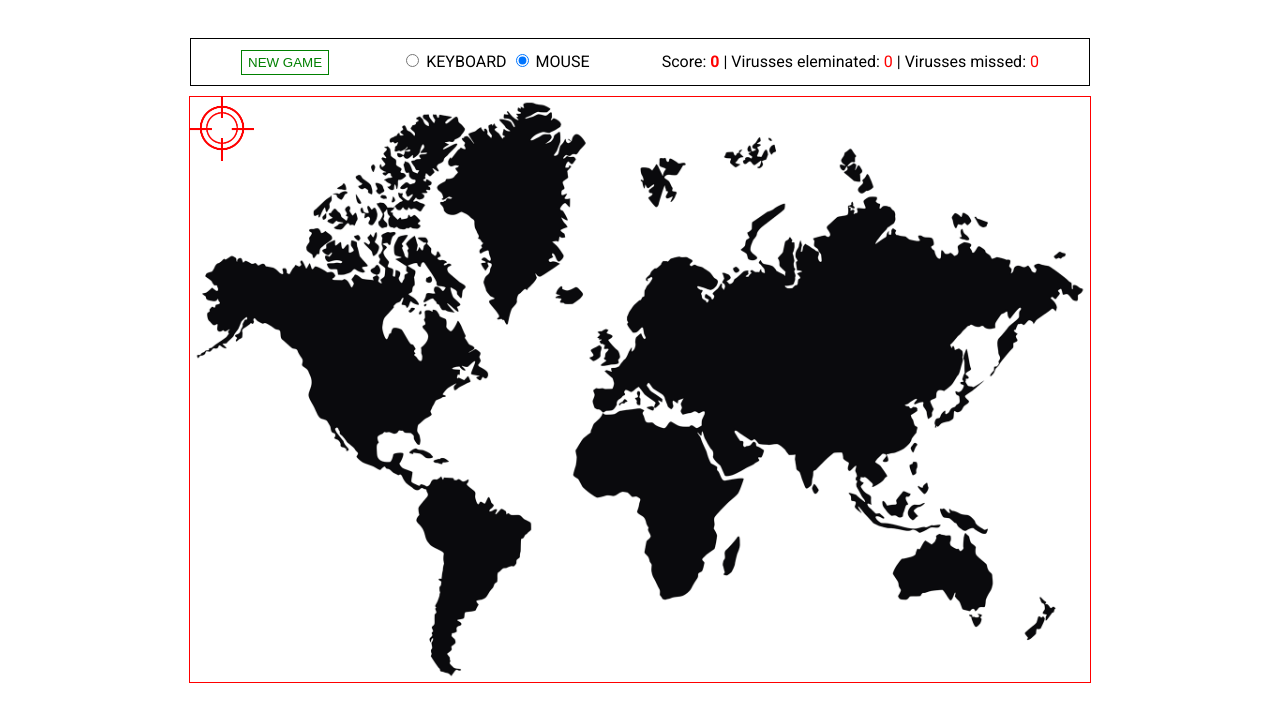
Repository: Baterka/DestroyTheVirus
Page: index.html
The author's editor kept a copy of each file at every save. The page is drawn from the files as they stood at one save, then again after a run of saves.
The browser window is 1280 px wide. The pictures show the whole page.

Above is the page before, as saved 2020-03-19 16:56:12.

After the next 2 saves:
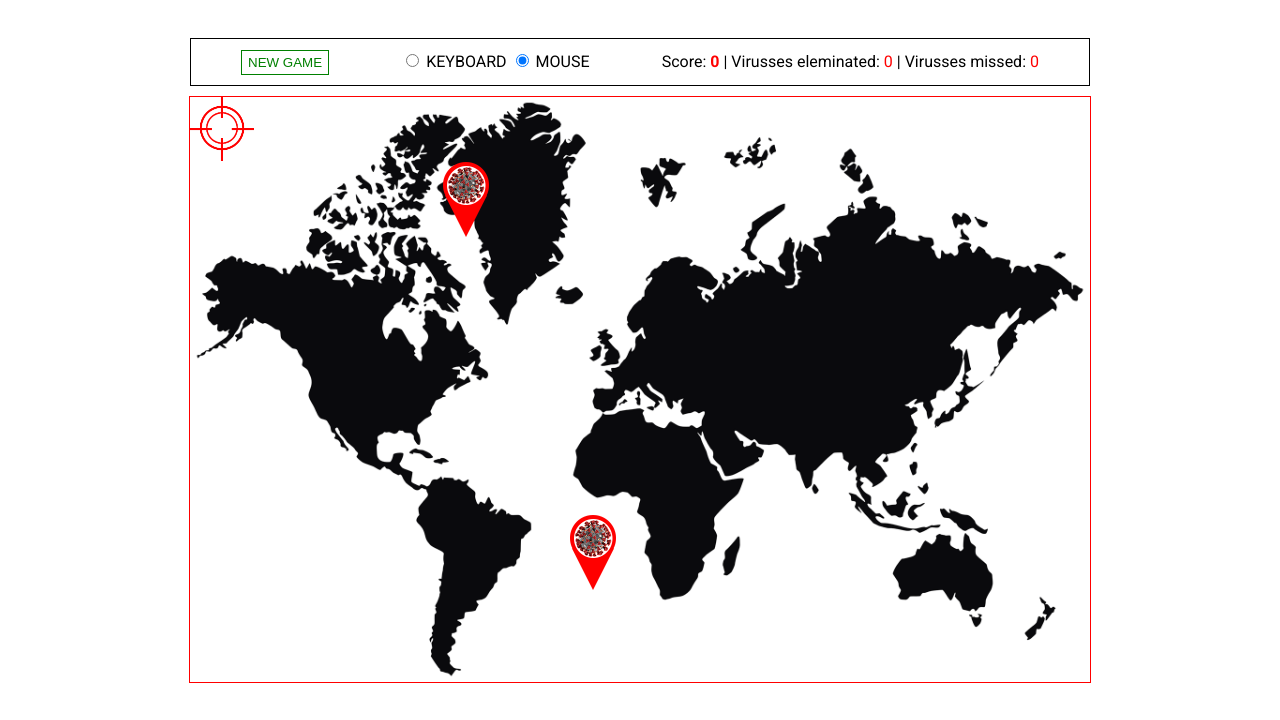
The 2 saves are shown as one change because they came seconds apart.
The last was saved 88 s later.
--- a/main.js
+++ b/main.js
@@ -225,10 +225,10 @@
 
     _autoHide(elem) {
         setTimeout(() => {
-            if (!elem)
-                return;
-            this._Game.deleteScore();
-            elem.remove()
+            if (typeof(element) != 'undefined' && element != null) {
+                this._Game.deleteScore();
+                elem.remove();
+            }
         }, 1000);
     }
 

After the save that followed:
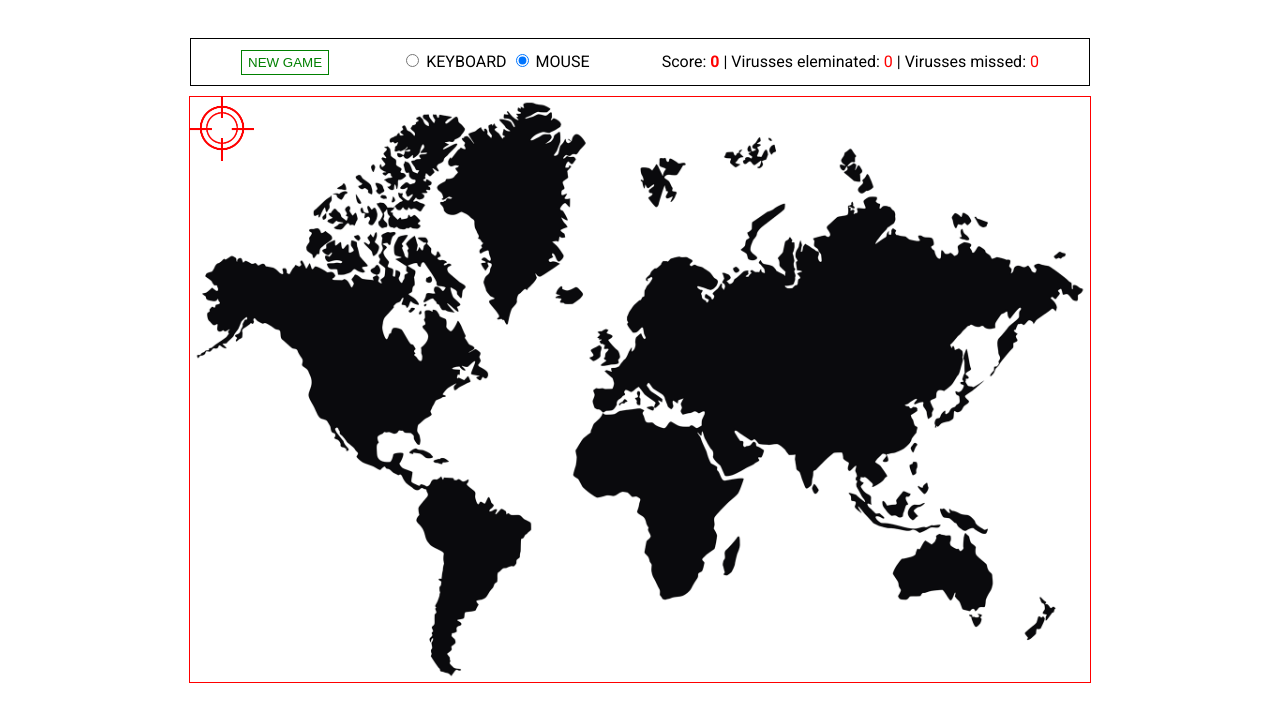
Saved 8 s later.
--- a/main.js
+++ b/main.js
@@ -225,7 +225,7 @@
 
     _autoHide(elem) {
         setTimeout(() => {
-            if (typeof(element) != 'undefined' && element != null) {
+            if (typeof(elem) != 'undefined' && elem != null) {
                 this._Game.deleteScore();
                 elem.remove();
             }
